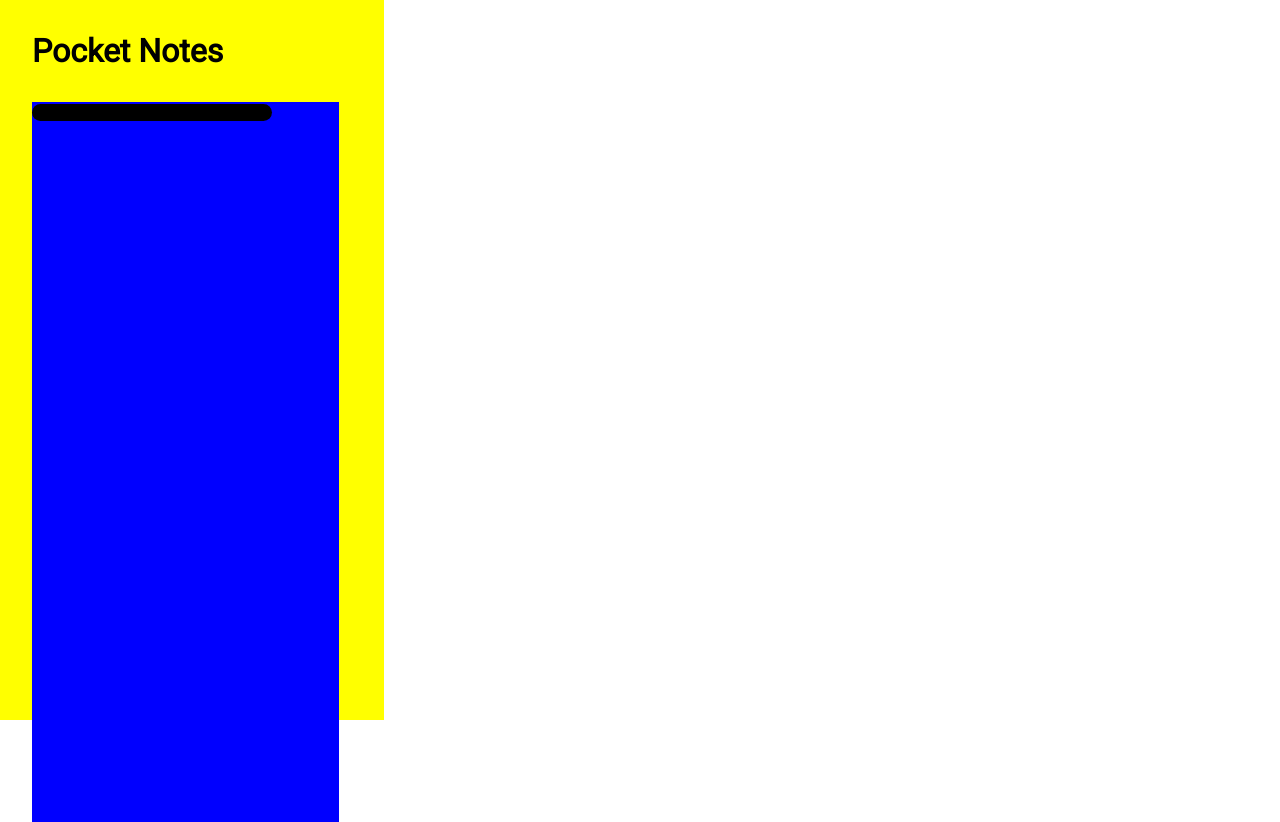
Repository: drumsmanku/react-module-test
Page: /
These files come from the project's save history. The page is drawn as it stood at one moment and after the next save; the edit follows.
The browser window is 1280 px wide. The pictures show the whole page.
The project was rebuilt for these pictures with package versions that can differ from the ones it lists, and the page was loaded fresh each time.

Above is the page before, as saved 2023-06-07 20:46:57.

After the next save:
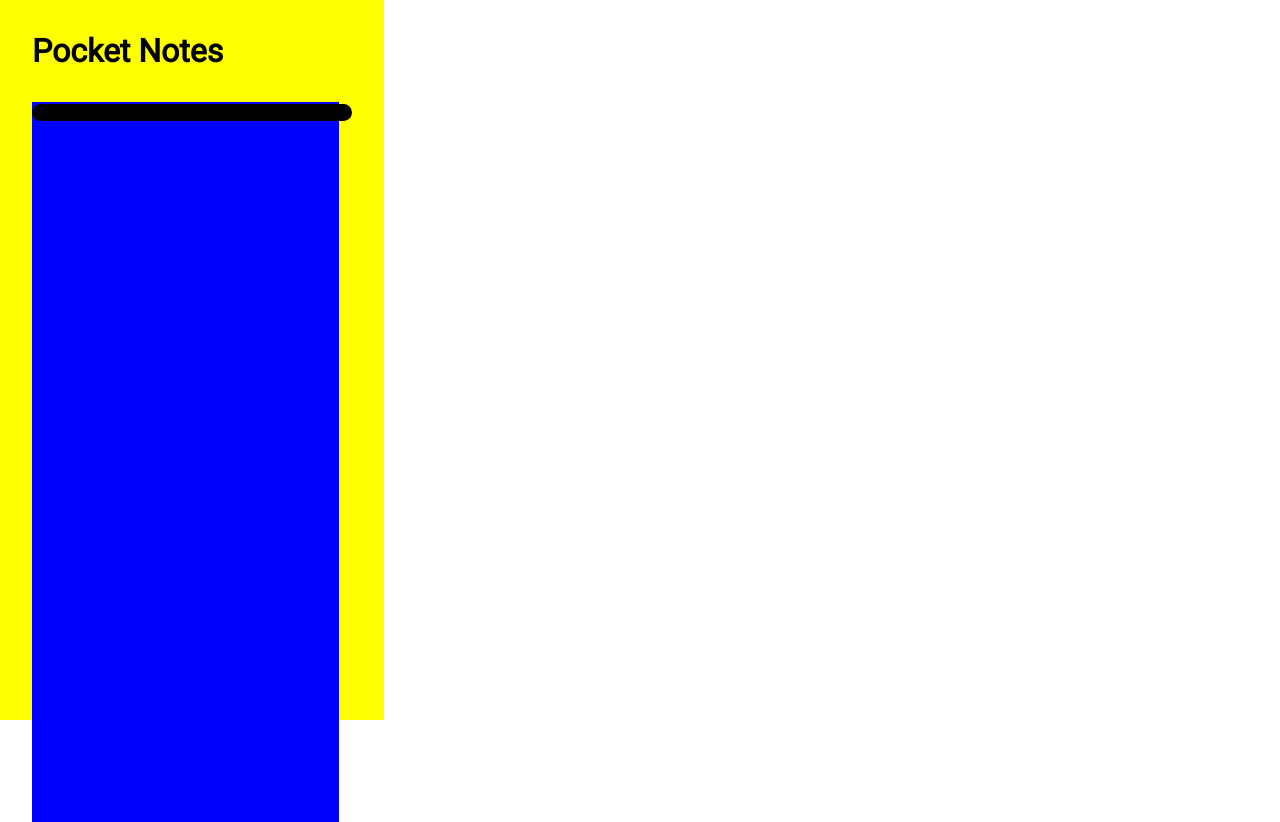
Saved 22 s later.
--- a/src/Components/PopUp.css
+++ b/src/Components/PopUp.css
@@ -5,7 +5,7 @@ body{
 }
 
 .btn-1{
-  width: 15rem;
+  width: 20rem;
   height: 1.6;
   background-color: black;
   border: none;
